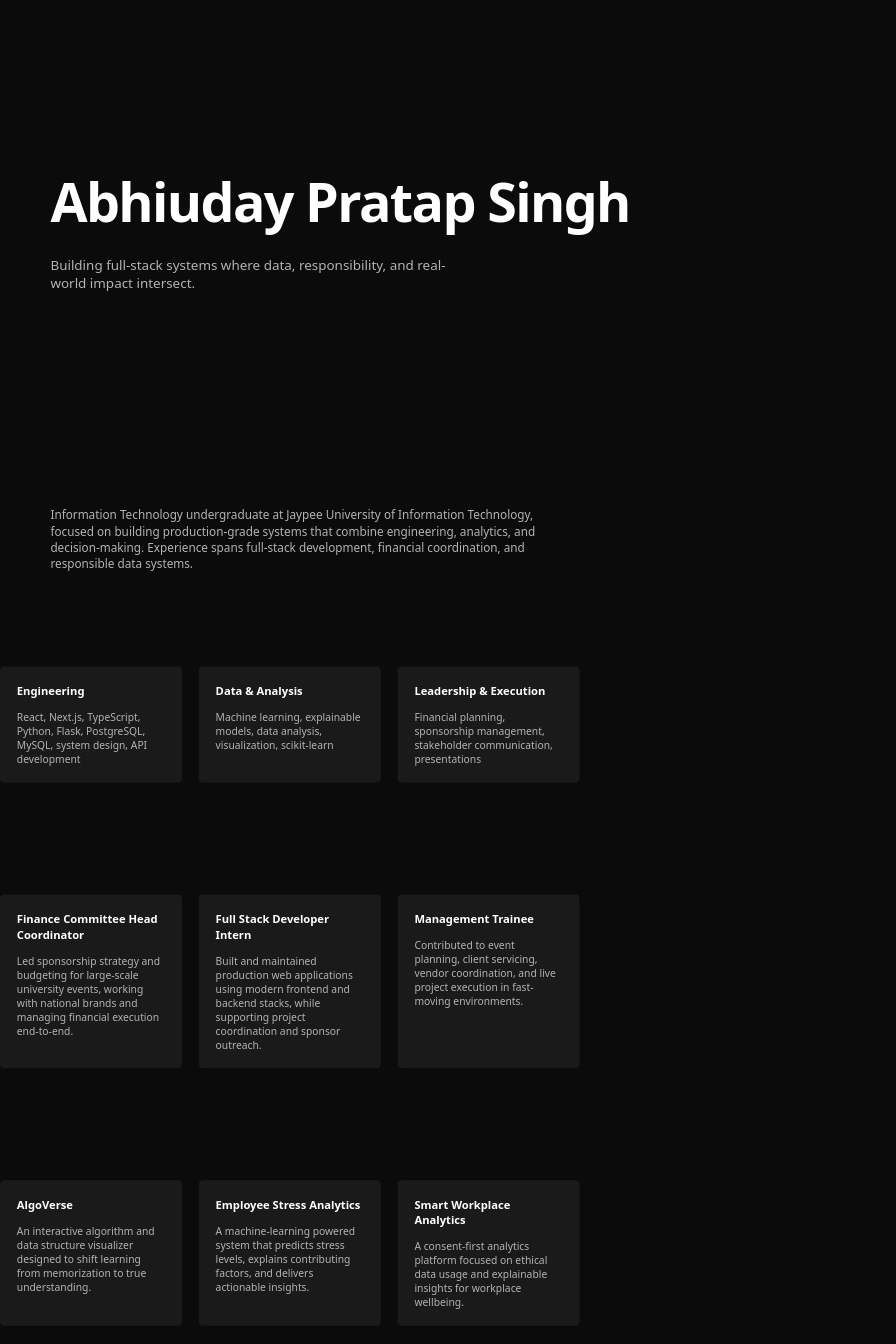
Repository: PratapOP/main-portfolio
Page: / (app in frontend/)
The author's editor kept a copy of each file at every save. The page is drawn from the files as they stood at one save, then again after a run of saves.
The browser window is 1280 px wide. The pictures show the part of the page from y = 0 to 1920 px (the page is 2834 px tall before and 2891 px after), at 70% of full size.
The project was rebuilt for these pictures with package versions that can differ from the ones it lists, and the page was loaded fresh each time. Also part of the build but not shown: frontend/vite.config.js.

Above is the page before, as saved 2026-01-01 18:19:49.

After the next 2 saves:
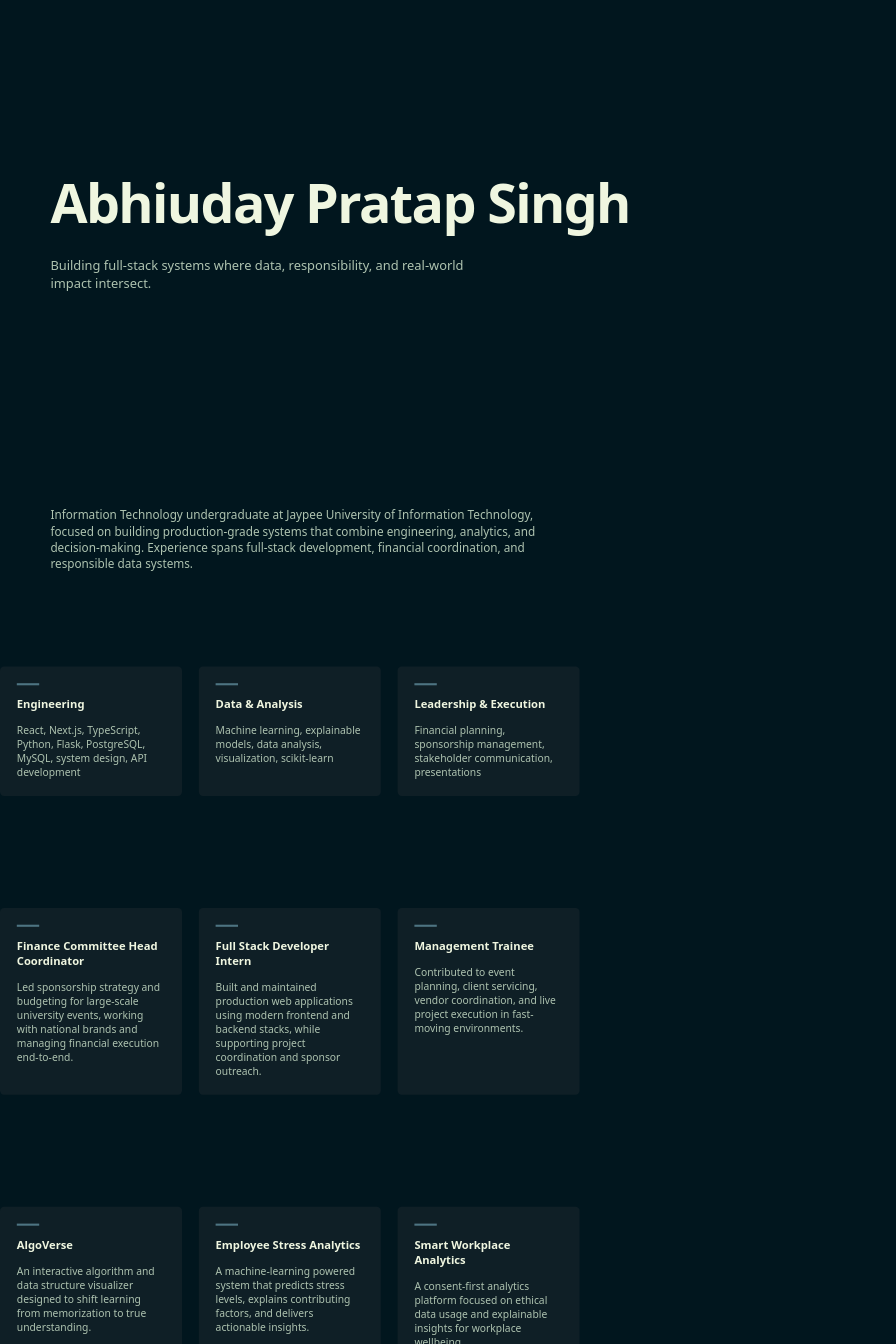
The 2 saves are shown as one change because they came seconds apart.
The last was saved 11 min 39 s later.
--- a/frontend/src/styles.css
+++ b/frontend/src/styles.css
@@ -1,5 +1,5 @@
     /* ============================================================
-    GLOBAL RESET & THEME
+    GLOBAL RESET & COLOR SYSTEM (PALETTE-DRIVEN)
     ============================================================ */
 
     * {
@@ -8,15 +8,17 @@
     box-sizing: border-box;
     }
 
+    /* ---- Color Palette Roles ---- */
     :root {
-    --bg-dark: #0b0b0b;
-    --bg-elevated: #141414;
-    --bg-card: #1a1a1a;
-
-    --text-primary: #ffffff;
-    --text-secondary: #b3b3b3;
-
-    /* Spacing scale (very intentional) */
+    --bg-primary: #01161E;     /* Ink Black */
+    --bg-secondary: #124559;   /* Dark Teal */
+    --bg-card: #0f1f26;
+
+    --accent: #598392;         /* Air Force Blue */
+    --text-primary: #EFF6E0;   /* Beige */
+    --text-muted: #AEC3B0;     /* Ash Grey */
+
+    /* Spacing scale */
     --xs: 8px;
     --sm: 16px;
     --md: 24px;
@@ -27,10 +29,13 @@
 
     html,
     body {
-    background-color: var(--bg-dark);
+    background-color: var(--bg-primary);
     color: var(--text-primary);
     font-family: system-ui, -apple-system, BlinkMacSystemFont,
         "Segoe UI", Roboto, Helvetica, Arial, sans-serif;
+
+    /* 🔑 Prevent accidental horizontal scroll */
+    overflow-x: hidden;
     }
 
     /* ============================================================
@@ -39,11 +44,11 @@
 
     .app-root {
     width: 100%;
-    overflow-x: hidden;
-    }
-
-    /* ============================================================
-    HERO — FEATURED BANNER
+    overflow-x: hidden; /* Fixes double-scroll issue */
+    }
+
+    /* ============================================================
+    HERO (FEATURED BANNER)
     ============================================================ */
 
     .hero {
@@ -52,10 +57,10 @@
     align-items: center;
     background: linear-gradient(
         to top,
-        rgba(11, 11, 11, 1) 0%,
-        rgba(11, 11, 11, 0.6) 40%,
-        rgba(11, 11, 11, 0.2) 70%,
-        rgba(11, 11, 11, 0) 100%
+        rgba(1, 22, 30, 1) 0%,
+        rgba(1, 22, 30, 0.85) 40%,
+        rgba(1, 22, 30, 0.5) 70%,
+        rgba(1, 22, 30, 0) 100%
     );
     }
 
@@ -72,13 +77,13 @@
     }
 
     .hero-subtitle {
-    font-size: 1.2rem;
-    color: var(--text-secondary);
-    max-width: 600px;
-    }
-
-    /* ============================================================
-    SECTION STRUCTURE (STREAMING RHYTHM)
+    font-size: 1.15rem;
+    color: var(--text-muted);
+    max-width: 620px;
+    }
+
+    /* ============================================================
+    SECTION STRUCTURE
     ============================================================ */
 
     .section {
@@ -89,15 +94,15 @@
     padding-left: var(--xl);
     }
 
-    /* Text-only narrative blocks */
+    /* Narrative text */
     .section-text {
     max-width: 720px;
-    color: var(--text-secondary);
+    color: var(--text-muted);
     font-size: 1.05rem;
     }
 
     /* ============================================================
-    CONTENT ROWS (CORE STREAMING FEEL)
+    STREAMING ROWS (HORIZONTAL SCROLL)
     ============================================================ */
 
     .row {
@@ -105,7 +110,9 @@
     gap: var(--md);
     overflow-x: auto;
     padding: var(--md) var(--xl) var(--md) 0;
+
     scroll-snap-type: x mandatory;
+    overscroll-behavior-x: contain; /* prevents body scroll hijack */
     }
 
     .row::-webkit-scrollbar {
@@ -113,7 +120,7 @@
     }
 
     /* ============================================================
-    CARDS — CONTENT TILES
+    CARDS (CONTENT TILES)
     ============================================================ */
 
     .card {
@@ -122,12 +129,24 @@
     max-width: 260px;
     padding: var(--md);
     border-radius: 6px;
+
     scroll-snap-align: start;
 
     transition:
-        transform 0.35s ease,
-        box-shadow 0.35s ease,
-        background-color 0.35s ease;
+        transform 0.3s ease,
+        box-shadow 0.3s ease,
+        border-color 0.3s ease;
+    }
+
+    /* Accent indicator (subtle but visible) */
+    .card::before {
+    content: "";
+    display: block;
+    height: 3px;
+    width: 32px;
+    background-color: var(--accent);
+    margin-bottom: var(--sm);
+    opacity: 0.85;
     }
 
     .card h3 {
@@ -138,15 +157,13 @@
 
     .card p {
     font-size: 0.92rem;
-    color: var(--text-secondary);
-    }
-
-    /* Hover — key streaming interaction */
+    color: var(--text-muted);
+    }
+
+    /* Hover — controlled, no layout break */
     .card:hover {
-    transform: scale(1.08);
-    background-color: #202020;
-    box-shadow: 0 18px 40px rgba(0, 0, 0, 0.6);
-    z-index: 2;
+    transform: translateY(-6px);
+    box-shadow: 0 18px 40px rgba(0, 0, 0, 0.55);
     }
 
     /* ============================================================
@@ -166,8 +183,8 @@
 
     .contact-form input,
     .contact-form textarea {
-    background-color: var(--bg-elevated);
-    border: 1px solid #2a2a2a;
+    background-color: var(--bg-secondary);
+    border: 1px solid transparent;
     color: var(--text-primary);
     padding: var(--sm);
     font-size: 0.95rem;
@@ -176,13 +193,13 @@
     .contact-form input:focus,
     .contact-form textarea:focus {
     outline: none;
-    border-color: #444;
+    border-color: var(--accent);
     }
 
     .contact-form button {
     margin-top: var(--sm);
-    background-color: var(--text-primary);
-    color: #000;
+    background-color: var(--accent);
+    color: #01161E;
     border: none;
     padding: var(--sm);
     font-size: 0.95rem;
@@ -194,15 +211,11 @@
     opacity: 0.85;
     }
 
-    /* Feedback messages */
-    .form-feedback {
-    font-size: 0.9rem;
-    }
-
+    /* Feedback */
     .form-feedback.success {
-    color: #9fe29f;
+    color: #9fe2c5;
     }
 
     .form-feedback.error {
-    color: #e29f9f;
-    }
+    color: #e2a5a5;
+    }
